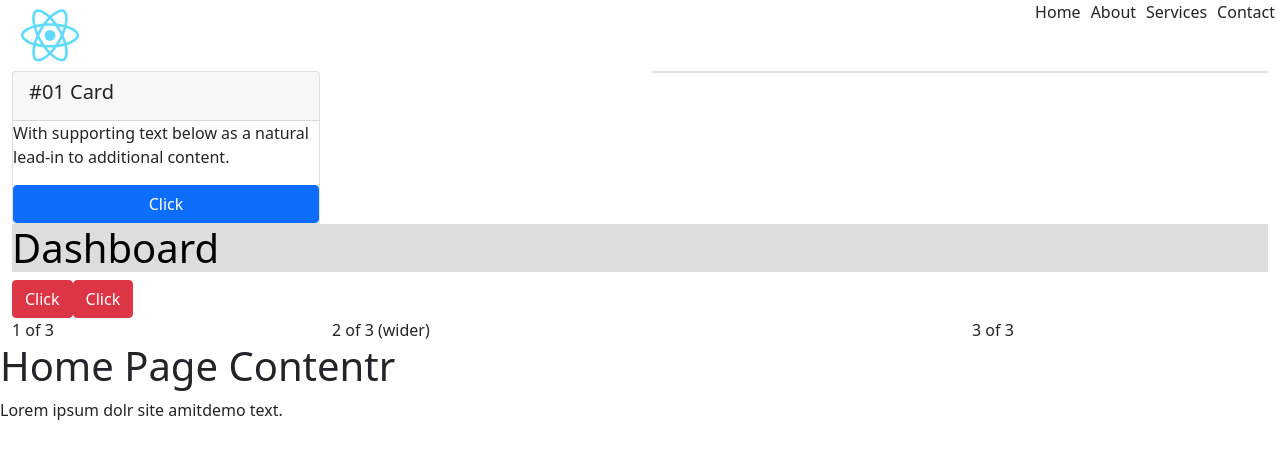
Repository: rudra319/react
Page: /
The author's editor kept a copy of each file at every save. The page is drawn from the files as they stood at one save, then again after a run of saves.
The browser window is 1280 px wide. The pictures show the whole page.
The project was rebuilt for these pictures with package versions that can differ from the ones it lists, and the page was loaded fresh each time. Also part of the build but not shown: src/App.css.

Above is the page before, as saved 2022-05-17 17:16:56.

### src/App.js
import logo from './logo.svg';
import './App.css';
import Header from './Header';
import { useState } from 'react';
import 'bootstrap/dist/css/bootstrap.min.css';
import Dashboard from './pages/dashboard/Dashboard';
import Chinmayee from './pages/dashboard/Chinmayee';
function App1() {
  const [cPage, setCPage] = useState("home")
  //console.log(cPage)
  return (
    <>
      <div>
        <Header setCPage={setCPage} />
      </div>
      <Chinmayee/>
      <Dashboard />
      {cPage !== "" && (cPage === 'home' || cPage === "Home") && (
        <>
          <h1>Home Page Contentr</h1>
          <p>Lorem ipsum dolr site amitdemo text.</p>
        </>
      )}
      {cPage === 'about' && (
        <>
          <h1>About Page Contentr</h1>
          <p>Lorem ipsum dolr site amitdemo text.</p>
        </>
      )}
      {cPage === 'products' && (
        <>
          <h1>Products Page Contentr</h1>
          <p>Lorem ipsum dolr site amitdemo text.</p>
        </>
      )}
      {cPage === 'services' && (
        <>
          <h1>Services Page Contentr</h1>
          <p>Lorem ipsum dolr site amitdemo text.</p>
        </>
      )}
      {cPage === 'contact' && (
        <>
          <h1>Contact Page Contentr</h1>
          <p>Lorem ipsum dolr site amitdemo text.</p>
        </>
      )}
    </>
  );
}

export default App1;

### src/Header.js
import React, {useState, useEffect} from 'react';
import logo from './logo.svg';
import Menu from './Menu';

function Header({setCPage = () => {}}) {

  // const [name, setName] = useState("");
  // let nameVar = "CSM Admin nameVar";
  // useEffect(() => {
  //   setName("CSM Admin name")
  //   nameVar = "Test"
  // },[]);


  return (
    <div>
      <a><img style={{width:'100px'}} src={logo} /></a>
      <Menu setCPage={setCPage} />
    </div>
  );
}

export default Header;

### src/pages/dashboard/Dashboard.jsx
import React, { useState } from 'react';
import {Button, Container, Row, Col} from 'react-bootstrap';
import Button1 from 'react-bootstrap/Button';
import './Dashboard.css'

export default function Dashboard (){

const [flag, setFlag] = useState(false);
    return(
        <Container fluid>
            <h1 className={flag ? "heading":'heading1'}>Dashboard</h1>
            <Button variant="danger" onClick={()=>setFlag(!flag)}>Click</Button>
            <Button1 variant="danger" onClick={()=>setFlag(!flag)}>Click</Button1>

            <Row>
                <Col>1 of 3</Col>
                <Col xs={6}>2 of 3 (wider)</Col>
                <Col>3 of 3</Col>
            </Row>
</Container>
    )

};

### src/pages/dashboard/Chinmayee.jsx
import React, { useState } from 'react';
import {Button, Container, Row, Col, Card, CardGroup} from 'react-bootstrap';
import Button1 from 'react-bootstrap/Button';
import CardHeader from 'react-bootstrap/esm/CardHeader';
import './Chinmayee.css'

export default function Chinmayee (){

const [flag, setFlag] = useState(false);
    return(
        <Container fluid>
            {/* <h1 className={flag ? "heading":'heading1'}>Chinmayee</h1>
            <Button variant="danger" onClick={()=>setFlag(!flag)}>Click</Button>
            <Button1 variant="danger" onClick={()=>setFlag(!flag)}>Click</Button1>
     */}
            <Row>
                <Col>
                    <Card className='w-50'>
                        <CardHeader>
                        <h5 class="card-title">#01 Card</h5>
                        </CardHeader>
                            <p class="card-text">With supporting text below as a natural lead-in to additional content.</p>
                            <Button variant="primary" onClick={()=>setFlag(!flag)}>Click</Button>
                    </Card>
                </Col>

                <Col><Card></Card></Col>
            </Row>
</Container>
    )

};

### src/Menu.js
import MenuItem from './MenuItem';

function Menu({setCPage = () => {}}) {
  const menuData = [
    { label:"Home", link:"home"},
    { label:"About", link:"about"},
    { label:"Products"},
    { label:"Services", link:"services"},
    { label:"Contact", link:"contact"}
  ];

  return (
      <ul style={{float:'right', listStyle:'none'}}>
        {
          menuData && menuData !== [] && menuData.length > 0 && menuData.map((menuItem)=>{
            if(menuItem.link){
              return(<MenuItem menuItem={menuItem} setCPage={setCPage} />)
            }
          })
        }
      </ul>
  );
}

export default Menu;

### src/pages/dashboard/Dashboard.css
.heading{
    color: red;
    background: #DDDDDD;
}
.heading1{
    color: black;
    background: #DDDDDD;
}

### src/pages/dashboard/Chinmayee.css
.heading{
    color: red;
    background: #DDDDDD;
}
.heading1{
    color: black;
    background: #DDDDDD;
}

### src/MenuItem.js
import logo from './logo.svg';
import { useEffect } from 'react';

function MenuItem({menuItem = {}, setCPage = () => {}}) {
  const {label, link} = menuItem;

  const handleSetCPage = (e) => {
    if(e.target){
        setCPage(e.target.name);
    }
  }
  return (
    <>
      <li style={{display:'inline-block', margin: '0 5px'}}>
        <a onClick={(e)=>handleSetCPage(e)} name={link}>{label}</a>
      </li>
    </>
  );
}

export default MenuItem;

Loaded but not shown: public/index.html (common file); src/index.js (common file); src/index.css (common file); src/reportWebVitals.js (common file)

After the next 2 saves:
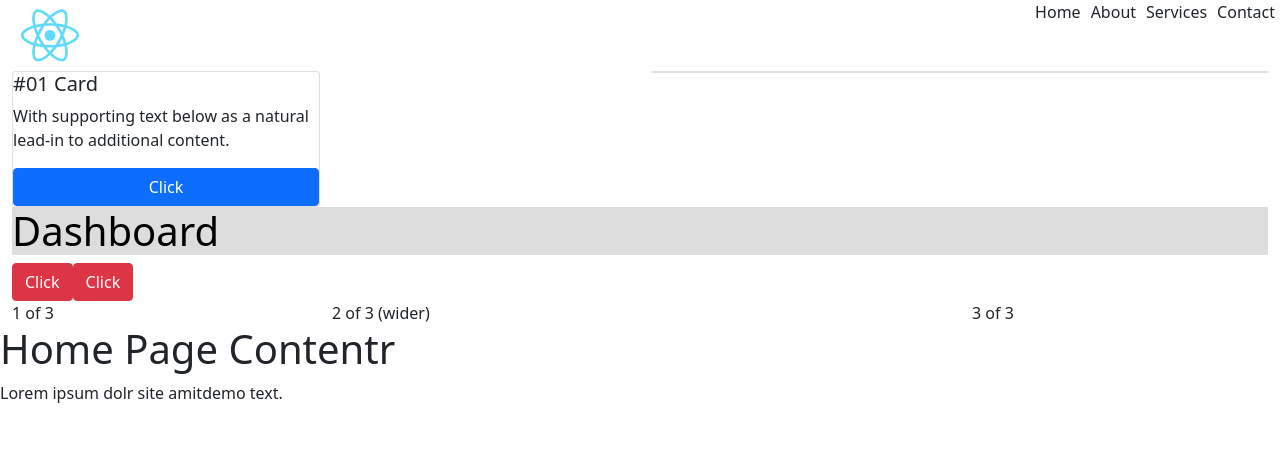
The 2 saves are shown as one change because 1 did not build or start.
The last was saved 2 min 18 s later.
--- a/src/pages/dashboard/Chinmayee.jsx
+++ b/src/pages/dashboard/Chinmayee.jsx
@@ -16,12 +16,21 @@
             <Row>
                 <Col>
                     <Card className='w-50'>
-                        <CardHeader>
+
                         <h5 class="card-title">#01 Card</h5>
-                        </CardHeader>
+
                             <p class="card-text">With supporting text below as a natural lead-in to additional content.</p>
                             <Button variant="primary" onClick={()=>setFlag(!flag)}>Click</Button>
                     </Card>
+
+{/* <div class="card" style="width: 18rem;">
+<div class="card-body">
+<h5 class="card-title">Special title treatment</h5>
+<p class="card-text">With supporting text below as a natural lead-in to additional content.</p>
+<a href="#" class="btn btn-primary">Go somewhere</a>
+</div>
+</div> */}
+
                 </Col>
 
                 <Col><Card></Card></Col>
